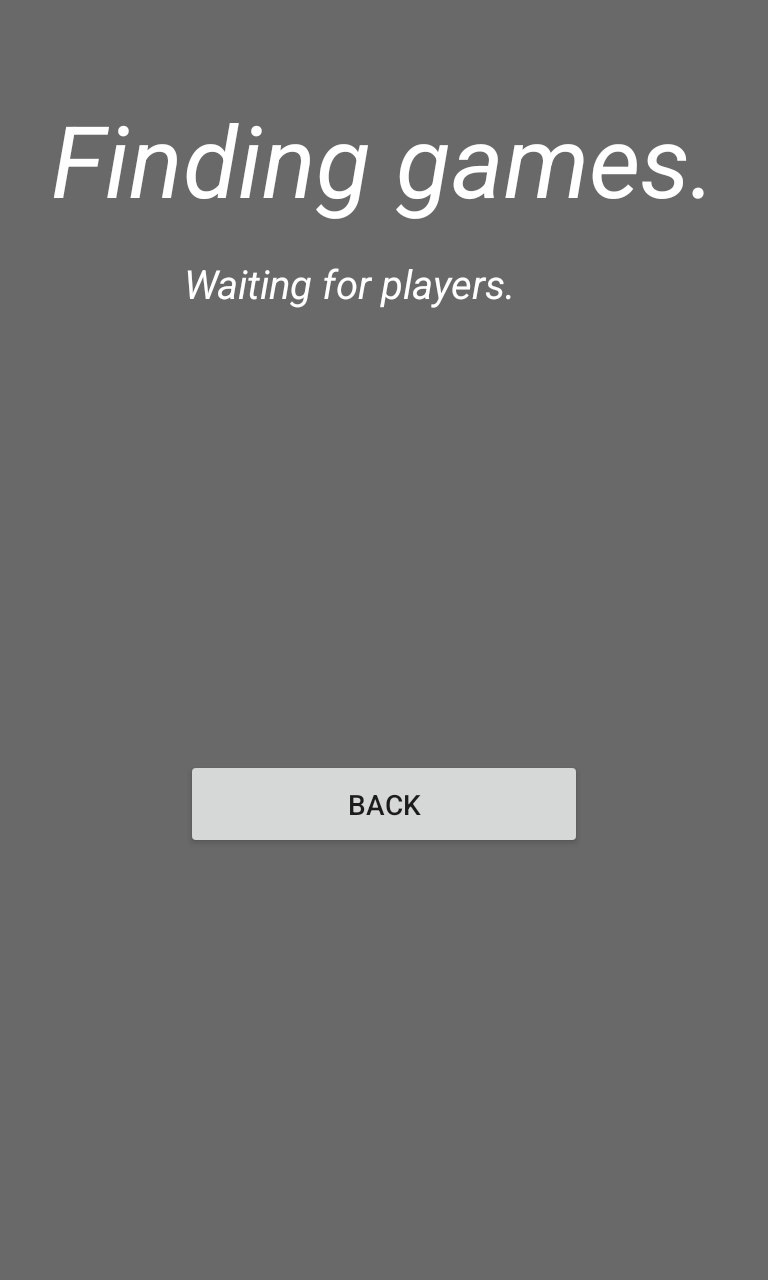
Repository: Hannanina/GuessTag
Layout: GuessTag/res/layout/activity_wait_guest.xml
The author's editor kept a copy of each file at every save. The layout is drawn from the files as they stood at one save, then again after the next save.
It is drawn on a 768 x 1280 px phone screen (xhdpi) without system bars, with theme AppTheme; the app's code is not run. Lists and similar views that code fills are empty.

Above is the layout before, as saved 2014-12-10 15:10:06.

### GuessTag/res/layout/activity_wait_guest.xml
<LinearLayout xmlns:android="http://schemas.android.com/apk/res/android"
    xmlns:tools="http://schemas.android.com/tools"
    android:layout_width="match_parent"
    android:layout_height="match_parent"
    android:paddingBottom="@dimen/activity_vertical_margin"
    android:paddingLeft="@dimen/activity_horizontal_margin"
    android:paddingRight="@dimen/activity_horizontal_margin"
    android:paddingTop="@dimen/activity_vertical_margin"
    android:orientation="vertical"
    android:background="@color/DimGray"
    tools:context="com.example.guesstag.WaitGuestActivity" >

    <TextView
        android:id="@+id/guest_wait_heading"
        android:layout_marginTop="30dp"
        android:layout_marginBottom="15dp"
        android:layout_width="wrap_content"
	    android:layout_height="wrap_content"
	    android:layout_gravity="center"
	    android:text="@string/guest_wait_heading"
	    android:textStyle="italic"
	    android:textSize="50sp"
	    android:textColor="@color/White">
    </TextView>

    <LinearLayout
        android:id="@+id/host_list_container"
        android:orientation="vertical"
        android:layout_width="200dp"
        android:layout_height="250dp"
        android:layout_gravity="center" >

   		<TextView
        	android:id="@+id/waiting_for_players"
        	android:layout_width="wrap_content"
	    	android:layout_height="wrap_content"
	    	android:text="@string/waiting_for_players"
	    	android:textStyle="italic"
	    	android:textSize="20sp"
	    	android:textColor="@color/White">
    	</TextView>

   		<ListView
   		    android:id="@+id/listOfPlayers"
   		    android:layout_width="match_parent"
   		    android:layout_height="fill_parent"
   		     >

   		</ListView>
    </LinearLayout>

    <Button
	    android:id="@+id/button_back"
	    android:layout_width="200dp"
	    android:layout_height="48dp"
	    android:layout_gravity="center"
	    android:text="@string/button_back"
	    android:onClick="onClickBack">
	</Button>

</LinearLayout>

### GuessTag/res/values/colors.xml
<?xml version="1.0" encoding="utf-8"?>
<resources>
 <color name="white">#FFFFFF</color>
 <color name="yellow">#FFFF00</color>
 <color name="fuchsia">#FF00FF</color>
 <color name="red">#FF0000</color>
 <color name="silver">#C0C0C0</color>
 <color name="gray">#808080</color>
 <color name="olive">#808000</color>
 <color name="purple">#800080</color>
 <color name="maroon">#800000</color>
 <color name="aqua">#00FFFF</color>
 <color name="lime">#00FF00</color>
 <color name="teal">#008080</color>
 <color name="green">#008000</color>
 <color name="blue">#0000FF</color>
 <color name="navy">#000080</color>
 <color name="black">#000000</color>


 <color name="White">#FFFFFF</color>
 <color name="Ivory">#FFFFF0</color>
 <color name="LightYellow">#FFFFE0</color>
 <color name="Yellow">#FFFF00</color>
 <color name="Snow">#FFFAFA</color>
 <color name="FloralWhite">#FFFAF0</color>
 <color name="LemonChiffon">#FFFACD</color>
 <color name="Cornsilk">#FFF8DC</color>
 <color name="Seashell">#FFF5EE</color>
 <color name="LavenderBlush">#FFF0F5</color>
 <color name="PapayaWhip">#FFEFD5</color>
 <color name="BlanchedAlmond">#FFEBCD</color>
 <color name="MistyRose">#FFE4E1</color>
 <color name="Bisque">#FFE4C4</color>
 <color name="Moccasin">#FFE4B5</color>
 <color name="NavajoWhite">#FFDEAD</color>
 <color name="PeachPuff">#FFDAB9</color>
 <color name="Gold">#FFD700</color>
 <color name="Pink">#FFC0CB</color>
 <color name="LightPink">#FFB6C1</color>
 <color name="Orange">#FFA500</color>
 <color name="LightSalmon">#FFA07A</color>
 <color name="DarkOrange">#FF8C00</color>
 <color name="Coral">#FF7F50</color>
 <color name="HotPink">#FF69B4</color>
 <color name="Tomato">#FF6347</color>
 <color name="OrangeRed">#FF4500</color>
 <color name="DeepPink">#FF1493</color>
 <color name="Fuchsia">#FF00FF</color>
 <color name="Magenta">#FF00FF</color>
 <color name="Red">#FF0000</color>
 <color name="OldLace">#FDF5E6</color>
 <color name="LightGoldenrodYellow">#FAFAD2</color>
 <color name="Linen">#FAF0E6</color>
 <color name="AntiqueWhite">#FAEBD7</color>
 <color name="Salmon">#FA8072</color>
 <color name="GhostWhite">#F8F8FF</color>
 <color name="MintCream">#F5FFFA</color>
 <color name="WhiteSmoke">#F5F5F5</color>
 <color name="Beige">#F5F5DC</color>
 <color name="Wheat">#F5DEB3</color>
 <color name="SandyBrown">#F4A460</color>
 <color name="Azure">#F0FFFF</color>
 <color name="Honeydew">#F0FFF0</color>
 <color name="AliceBlue">#F0F8FF</color>
 <color name="Khaki">#F0E68C</color>
 <color name="LightCoral">#F08080</color>
 <color name="PaleGoldenrod">#EEE8AA</color>
 <color name="Violet">#EE82EE</color>
 <color name="DarkSalmon">#E9967A</color>
 <color name="Lavender">#E6E6FA</color>
 <color name="LightCyan">#E0FFFF</color>
 <color name="BurlyWood">#DEB887</color>
 <color name="Plum">#DDA0DD</color>
 <color name="Gainsboro">#DCDCDC</color>
 <color name="Crimson">#DC143C</color>
 <color name="PaleVioletRed">#DB7093</color>
 <color name="Goldenrod">#DAA520</color>
 <color name="Orchid">#DA70D6</color>
 <color name="Thistle">#D8BFD8</color>
 <color name="LightGrey">#D3D3D3</color>
 <color name="Tan">#D2B48C</color>
 <color name="Chocolate">#D2691E</color>
 <color name="Peru">#CD853F</color>
 <color name="IndianRed">#CD5C5C</color>
 <color name="MediumVioletRed">#C71585</color>
 <color name="Silver">#C0C0C0</color>
 <color name="DarkKhaki">#BDB76B</color>
 <color name="RosyBrown">#BC8F8F</color>
 <color name="MediumOrchid">#BA55D3</color>
 <color name="DarkGoldenrod">#B8860B</color>
 <color name="FireBrick">#B22222</color>
 <color name="PowderBlue">#B0E0E6</color>
 <color name="LightSteelBlue">#B0C4DE</color>
 <color name="PaleTurquoise">#AFEEEE</color>
 <color name="GreenYellow">#ADFF2F</color>
 <color name="LightBlue">#ADD8E6</color>
 <color name="DarkGray">#A9A9A9</color>
 <color name="Brown">#A52A2A</color>
 <color name="Sienna">#A0522D</color>
 <color name="YellowGreen">#9ACD32</color>
 <color name="DarkOrchid">#9932CC</color>
 <color name="PaleGreen">#98FB98</color>
 <color name="DarkViolet">#9400D3</color>
 <color name="MediumPurple">#9370DB</color>
 <color name="LightGreen">#90EE90</color>
 <color name="DarkSeaGreen">#8FBC8F</color>
 <color name="SaddleBrown">#8B4513</color>
 <color name="DarkMagenta">#8B008B</color>
 <color name="DarkRed">#8B0000</color>
 <color name="BlueViolet">#8A2BE2</color>
 <color name="LightSkyBlue">#87CEFA</color>
 <color name="SkyBlue">#87CEEB</color>
 <color name="Gray">#808080</color>
 <color name="Olive">#808000</color>
 <color name="Purple">#800080</color>
 <color name="Maroon">#800000</color>
 <color name="Aquamarine">#7FFFD4</color>
 <color name="Chartreuse">#7FFF00</color>
 <color name="LawnGreen">#7CFC00</color>
 <color name="MediumSlateBlue">#7B68EE</color>
 <color name="LightSlateGray">#778899</color>
 <color name="SlateGray">#708090</color>
 <color name="OliveDrab">#6B8E23</color>
 <color name="SlateBlue">#6A5ACD</color>
 <color name="DimGray">#696969</color>
 <color name="MediumAquamarine">#66CDAA</color>
 <color name="CornflowerBlue">#6495ED</color>
 <color name="CadetBlue">#5F9EA0</color>
 <color name="DarkOliveGreen">#556B2F</color>
 <color name="Indigo">#4B0082</color>
 <color name="MediumTurquoise">#48D1CC</color>
 <color name="DarkSlateBlue">#483D8B</color>
 <color name="SteelBlue">#4682B4</color>
 <color name="RoyalBlue">#4169E1</color>
 <color name="Turquoise">#40E0D0</color>
 <color name="MediumSeaGreen">#3CB371</color>
 <color name="LimeGreen">#32CD32</color>
 <color name="DarkSlateGray">#2F4F4F</color>
 <color name="SeaGreen">#2E8B57</color>
 <color name="ForestGreen">#228B22</color>
 <color name="LightSeaGreen">#20B2AA</color>
 <color name="DodgerBlue">#1E90FF</color>
 <color name="MidnightBlue">#191970</color>
 <color name="Aqua">#00FFFF</color>
 <color name="Cyan">#00FFFF</color>
 <color name="SpringGreen">#00FF7F</color>
 <color name="Lime">#00FF00</color>
 <color name="MediumSpringGreen">#00FA9A</color>
 <color name="DarkTurquoise">#00CED1</color>
 <color name="DeepSkyBlue">#00BFFF</color>
 <color name="DarkCyan">#008B8B</color>
 <color name="Teal">#008080</color>
 <color name="Green">#008000</color>
 <color name="DarkGreen">#006400</color>
 <color name="Blue">#0000FF</color>
 <color name="MediumBlue">#0000CD</color>
 <color name="DarkBlue">#00008B</color>
 <color name="Navy">#000080</color>
 <color name="Black">#000000</color>
</resources>

### GuessTag/res/values/strings.xml
<?xml version="1.0" encoding="utf-8"?>
<resources>

    <string name="app_name">guess#</string>
    <string name="hello_world">Hello world!</string>
    <string name="action_settings">Settings</string>

    <!-- BACK BUTTON -->
    <string name="button_back">Back</string>

    <!-- START ACTIVITY -->
    <string name="start_heading">guess#</string>
    <string name="button_start">New game</string>
    <string name="button_highscore">Highscore</string>
    <string name="button_rules">Rules</string>
    <string name="title_activity_rules">RulesActivity</string>

    <!-- RULES ACTIVITY -->
    <string name="rules_heading">Rules</string>
    <string name="rules_text">Lorem ipsum dolor sit amet, consectetuer adipiscing elit, sed diam nonummy nibh euismod tincidunt ut laoreet dolore magna aliquam erat volutpat. Ut wisi enim ad minim veniam, quis nostrud exerci tation ullamcorper suscipit lobortis nisl ut aliquip ex ea commodo consequat. Duis autem vel eum iriure dolor in hendrerit in vulputate velit esse molestie consequat, vel illum dolore eu feugiat nulla facilisis at vero eros et accumsan et iusto odio dignissim qui blandit praesent luptatum zzril delenit augue duis dolore te feugait nulla facilisi. Nam liber tempor cum soluta nobis eleifend option congue nihil imperdiet doming id quod mazim placerat facer possim assum. Typi non habent claritatem insitam; est usus legentis in iis qui facit eorum claritatem. Investigationes demonstraverunt lectores legere me lius quod ii legunt saepius. Claritas est etiam processus dynamicus, qui sequitur mutationem consuetudium lectorum. Mirum est notare quam littera gothica, quam nunc putamus parum claram, anteposuerit litterarum formas humanitatis per seacula quarta decima et quinta decima. Eodem modo typi, qui nunc nobis videntur parum clari, fiant sollemnes in futurum.</string>

    <!-- NEW ACTIVITY -->
    <string name="new_heading">New game</string>
    <string name="button_host">Host game</string>
    <string name="button_join">Join game</string>

    <!-- HOST ACTIVITY -->
    <string name="host_heading">Host game</string>
    <string name="game_name_instruction">Input game name</string>
    <string name="difficulty_setting_instruction">Set difficulty</string>
    <string name="input_game_name">Input game name</string>
    <string name="difficulty_setting_level">medium</string>
    <string name="button_create">Create game</string>

    <!-- WAIT HOST ACTIVITY -->
    <string name="host_wait_heading">Host game</string>
    <string name="waiting_for_players">Waiting for players.</string>
    <string name="button_start_game">Start game</string>

    <!-- WAIT GUEST ACTIVITY -->
    <string name="guest_wait_heading">Finding games.</string>

    <!-- INPUT TAG ACTIVITY -->
    <string name="title_activity_input_tag">InputTagActivity</string>
    <string name="title_activity_select_tagger">SelectTaggerActivity</string>

    <!-- TIMER ACTIVITY -->
    <string name="title_activity_timer">TimerActivity</string>
    <string name="title_activity_host">HostActivity</string>
    <string name="title_activity_guess_tag">GuessTagActivity</string>
    <string name="title_activity_result_round">ResultRoundActivity</string>
    <string name="title_activity_join_game">JoinGameActivity</string>
    <string name="title_activity_result_final">ResultFinalActivity</string>

    <!-- HIGHSCORE ACTIVITY -->
    <string name="title_activity_highscore">HighscoreActivity</string>
    <string name="title_section1">Easy</string>
    <string name="title_section2">Medium</string>
    <string name="title_section3">Hard</string>
    <string name="title_activity_wait_host">WaitHostActivity</string>
    <string name="title_activity_wait_guest">WaitGuestActivity</string>

</resources>

Loaded but not shown: GuessTag/res/values/styles.xml (common file); GuessTag/res/values-v11/styles.xml (common file); GuessTag/res/values-v14/styles.xml (common file); GuessTag/res/values/dimens.xml (common file); GuessTag/res/values-w820dp/dimens.xml (common file)

After the next save:
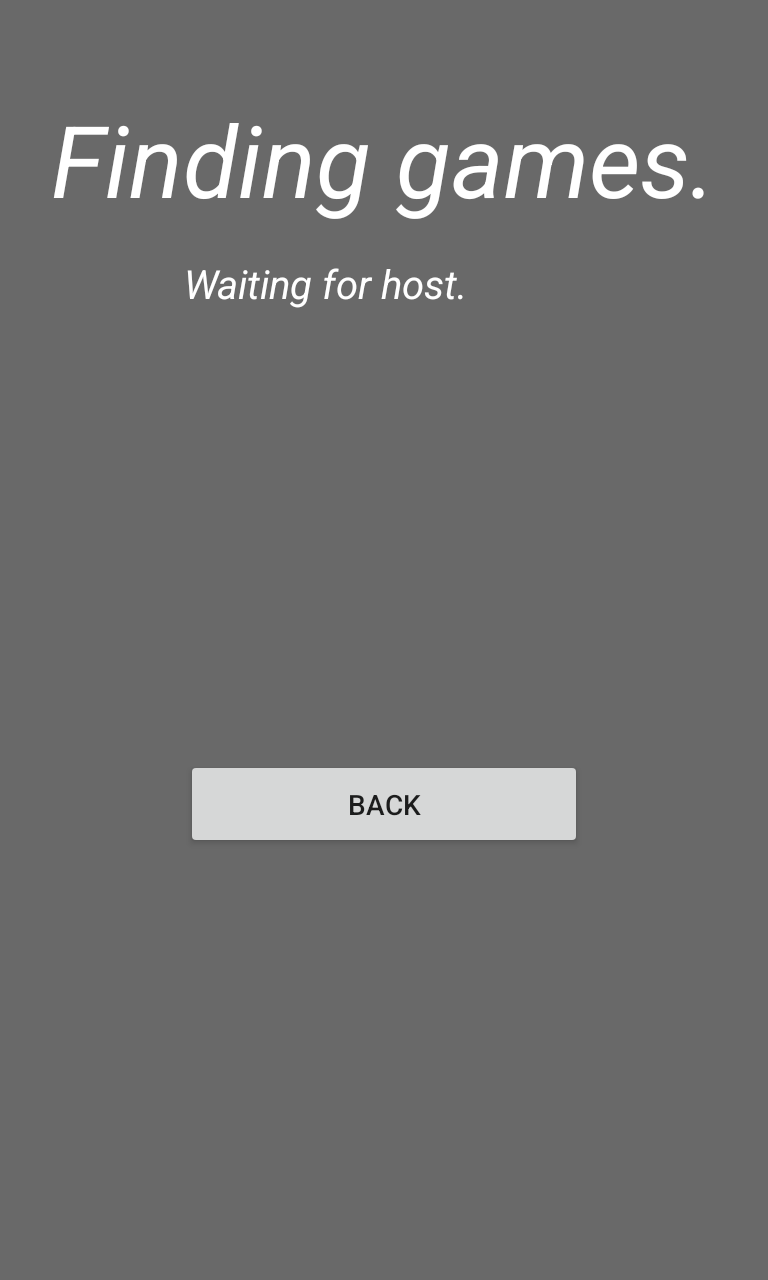
Saved 20 s later.
--- a/GuessTag/res/values/strings.xml
+++ b/GuessTag/res/values/strings.xml
@@ -39,6 +39,7 @@
 
     <!-- WAIT GUEST ACTIVITY -->
     <string name="guest_wait_heading">Finding games.</string>
+    <string name="waiting_for_players">Waiting for host.</string>
 
     <!-- INPUT TAG ACTIVITY -->
     <string name="title_activity_input_tag">InputTagActivity</string>

After the save that followed:
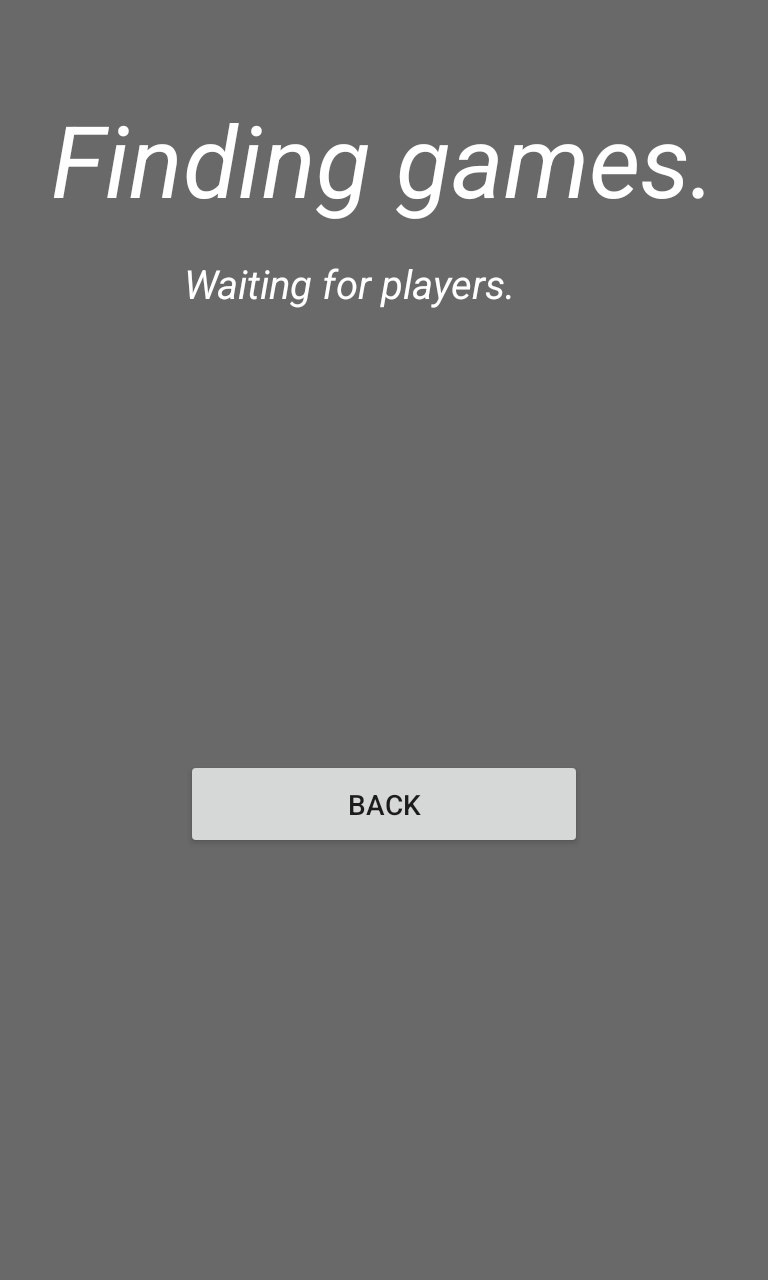
Saved 4 s later.
--- a/GuessTag/res/values/strings.xml
+++ b/GuessTag/res/values/strings.xml
@@ -39,7 +39,7 @@
 
     <!-- WAIT GUEST ACTIVITY -->
     <string name="guest_wait_heading">Finding games.</string>
-    <string name="waiting_for_players">Waiting for host.</string>
+    <string name="waiting_for_host">Waiting for host.</string>
 
     <!-- INPUT TAG ACTIVITY -->
     <string name="title_activity_input_tag">InputTagActivity</string>
